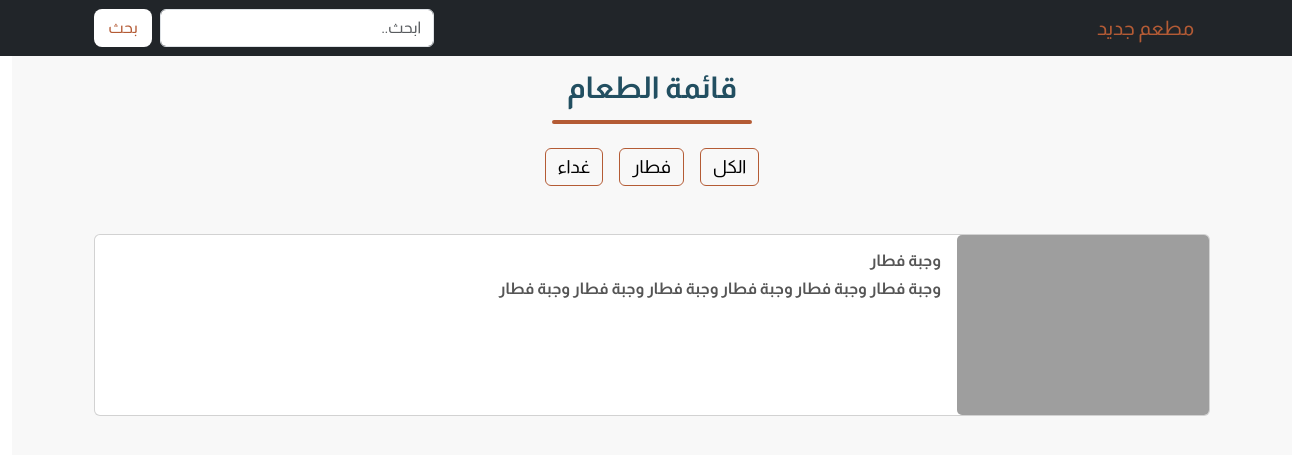
Repository: kerlos-alfy/Restaurant-Menu
Page: /
The author's editor kept a copy of each file at every save. The page is drawn from the files as they stood at one save, then again after the next save.
The browser window is 1280 px wide. The page is 1292 px wide, so the pictures cover 1292 px, including what lies to the right of the window. The pictures show the whole page.
Pictures or frames that could not be fetched are drawn as grey boxes. Some web fonts or font styles are not loaded; a fallback is used. The project was rebuilt for these pictures with package versions that can differ from the ones it lists, and the page was loaded fresh each time. Also part of the build but not shown: vite.config.js, src/App.css.

Above is the page before, as saved 2024-12-20 01:29:56.

### index.html
<!DOCTYPE html>
<html lang="ar" dir="rtl">
	<head>
		<meta charset="UTF-8" />
		<link rel="icon" type="image/svg+xml" href="/vite.svg" />
		<link
			rel="stylesheet"
			href="https://cdn.jsdelivr.net/npm/bootstrap@5.3.2/dist/css/bootstrap.min.css"
			integrity="sha384-T3c6CoIi6uLrA9TneNEoa7RxnatzjcDSCmG1MXxSR1GAsXEV/Dwwykc2MPK8M2HN"
			crossorigin="anonymous" />
		<!-- Start Font Google Arabic  -->
		<link rel="preconnect" href="https://fonts.googleapis.com" />
		<link rel="preconnect" href="https://fonts.gstatic.com" crossorigin />
		<link
			href="https://fonts.googleapis.com/css2?family=Alkalami&family=Almarai:wght@300;400;700;800&family=Cairo:wght@200..1000&family=Rakkas&display=swap"
			rel="stylesheet" />
		<!-- End Font Google Arabic  -->
		<meta name="viewport" content="width=device-width, initial-scale=1.0" />
		<title>Vite + React</title>
	</head>
	<body>
		<div id="root"></div>
		<script type="module" src="/src/main.jsx"></script>
	</body>
</html>

### src/index.css
/* :root {
  font-family: Inter, system-ui, Avenir, Helvetica, Arial, sans-serif;
  line-height: 1.5;
  font-weight: 400;

  color-scheme: light dark;
  color: rgba(255, 255, 255, 0.87);
  background-color: #242424;

  font-synthesis: none;
  text-rendering: optimizeLegibility;
  -webkit-font-smoothing: antialiased;
  -moz-osx-font-smoothing: grayscale;
}

a {
  font-weight: 500;
  color: #646cff;
  text-decoration: inherit;
}
a:hover {
  color: #535bf2;
}

body {
  margin: 0;
  display: flex;
  place-items: center;
  min-width: 320px;
  min-height: 100vh;
}

h1 {
  font-size: 3.2em;
  line-height: 1.1;
}

button {
  border-radius: 8px;
  border: 1px solid transparent;
  padding: 0.6em 1.2em;
  font-size: 1em;
  font-weight: 500;
  font-family: inherit;
  background-color: #1a1a1a;
  cursor: pointer;
  transition: border-color 0.25s;
}
button:hover {
  border-color: #646cff;
}
button:focus,
button:focus-visible {
  outline: 4px auto -webkit-focus-ring-color;
}

@media (prefers-color-scheme: light) {
  :root {
    color: #213547;
    background-color: #ffffff;
  }
  a:hover {
    color: #747bff;
  }
  button {
    background-color: #f9f9f9;
  }
} */

.color-body {
	background-color: #f8f8f8;
	height: 100vh;
}
.font {
	font-family: "Almarai", sans-serif;
}
.title {
	color: #224f61;
	font-family: Almarai;
	font-size: 30px;
	font-weight: bold;
	letter-spacing: 0;
	line-height: 64px;
}
.underline {
	height: 1px;
	width: 200px;
	border-radius: 10px;
	border: 2px solid #b45b35;
}
.btn {
	color: black;
	font-family: Almarai;
	font-size: 18px;
	letter-spacing: 0;
	line-height: 24px;
}
.btn:hover {
	color: black;
	font-family: Almarai;
	font-size: 18px;
	font-weight: bold;
	letter-spacing: 0;
	line-height: 24px;
	border-radius: 11px;
	border: none;
	background-color: #b45b35;
}
.img-item {
	height: 180px;
	width: 252px;
	border-radius: 5px;
}
.item-description {
	color: #8c8c8c;
	font-family: Almarai;
	font-size: 16px;
	letter-spacing: 0;
	line-height: 20px;
}
.item-title {
	color: #555555;
	font-family: Almarai;
	font-size: 16px;
	font-weight: bold;
	letter-spacing: 0;
	line-height: 20px;
}
.card-color {
	background-color: #f8f8f8;
}
.item-price {
	color: #b45b35;
	font-family: Almarai;
	font-size: 16px;
	font-weight: bold;
	letter-spacing: 0;
	line-height: 20px;
}
.btn-search {
	border: none;
	cursor: pointer;
	color: #b45b35;
	border-radius: 3px solid #b45b35;
	border-radius: 8px;
	background-color: white;
	width: 72px;
	font-weight: 500;
}
.btn-search:hover {
	color: white;
	border-radius: 3px solid white;
	background-color: #b45b35;
	border-radius: 8px;
}
.brand-color {
	color: #b45b35;
}

### src/App.jsx
import { Container } from "react-bootstrap";
import "./App.css";
import NavBar from "./components/NavBar";
import Header from "./components/Header";
import Category from "./components/Category";
import ItemsList from "./components/ItemsList";
function App() {
	return (
		<div className="color-body font">
			<NavBar />
			<Container>
				<Header />
				<Category />
				<ItemsList />
			</Container>
		</div>
	);
}

export default App;

### src/components/NavBar.jsx
import { Navbar, Container, Row, Nav, Form, FormControl } from "react-bootstrap";
const NavBar = () => {
	return (
		<Row>
			<Navbar bg="dark" expand="lg" variant="dark">
				<Container>
					<Navbar.Brand href="#">
						<div className="brand-color">مطعم جديد</div>
					</Navbar.Brand>
					<Navbar.Toggle aria-controls="navbarScroll" />
					<Navbar.Collapse id="navbarScroll">
						<Nav className="me-auto my-2 my-lg-0" style={{ maxHeight: "100px" }} navbarScroll></Nav>
						<Form className="d-flex">
							<FormControl type="text" placeholder="ابحث.." className="mx-2" />
							<button className="btn-search">بحث</button>
						</Form>
					</Navbar.Collapse>
				</Container>
			</Navbar>
		</Row>
	);
};

export default NavBar;

### src/components/Header.jsx
import { Col, Row } from "react-bootstrap";

const Header = () => {
	return (
		<Row>
			<Col sm="12" className="text-center justify-content-center">
				<div className="title">قائمة الطعام </div>
				<div className="justify-content-center d-flex">
					<p className="underline"></p>
				</div>
			</Col>
		</Row>
	);
};

export default Header;

### src/components/Category.jsx
import { Col, Row } from "react-bootstrap";

const Category = () => {
	return (
		<Row className="my-2 mb-5">
			<Col sm="12" className=" justify-content-center d-flex">
				<div>
					<button style={{ border: "1px solid #b45b35" }} className="btn mx-2">
						الكل
					</button>
					<button style={{ border: "1px solid #b45b35" }} className="btn mx-2">
						فطار
					</button>
					<button style={{ border: "1px solid #b45b35" }} className="btn mx-2">
						غداء
					</button>
				</div>
			</Col>
		</Row>
	);
};

export default Category;

### src/components/ItemsList.jsx
import { Card, Col, Row } from "react-bootstrap";

const ItemsList = () => {
	return (
		<Row>
			<Col sm="12" className="mb-3">
				<Card className="d-flex flex-row">
					<Card.Img className="img-item" variant="top" src="https://ichef.bbci.co.uk/food/ic/food_16x9_832/recipes/spicy_salmon_bite_rice_16300_16x9.jpg" />
					<Card.Body>
						<Card.Title>
							<div className="item-title">وجبة فطار</div>
						</Card.Title>
						<Card.Text>
							<div className="item-title">وجبة فطار وجبة فطار وجبة فطار وجبة فطار وجبة فطار وجبة فطار</div>
						</Card.Text>
					</Card.Body>
				</Card>
			</Col>
		</Row>
	);
};

export default ItemsList;

Loaded but not shown: src/main.jsx (common file)

After the next save:
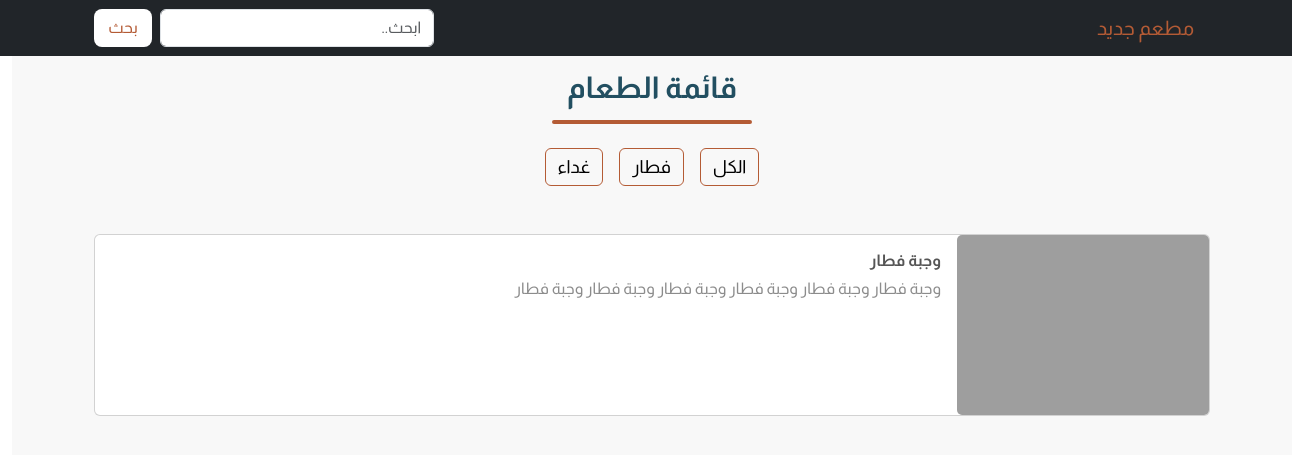
Saved 11 s later.
--- a/src/components/ItemsList.jsx
+++ b/src/components/ItemsList.jsx
@@ -11,7 +11,7 @@ const ItemsList = () => {
 							<div className="item-title">وجبة فطار</div>
 						</Card.Title>
 						<Card.Text>
-							<div className="item-title">وجبة فطار وجبة فطار وجبة فطار وجبة فطار وجبة فطار وجبة فطار</div>
+							<div className="item-description">وجبة فطار وجبة فطار وجبة فطار وجبة فطار وجبة فطار وجبة فطار</div>
 						</Card.Text>
 					</Card.Body>
 				</Card>
